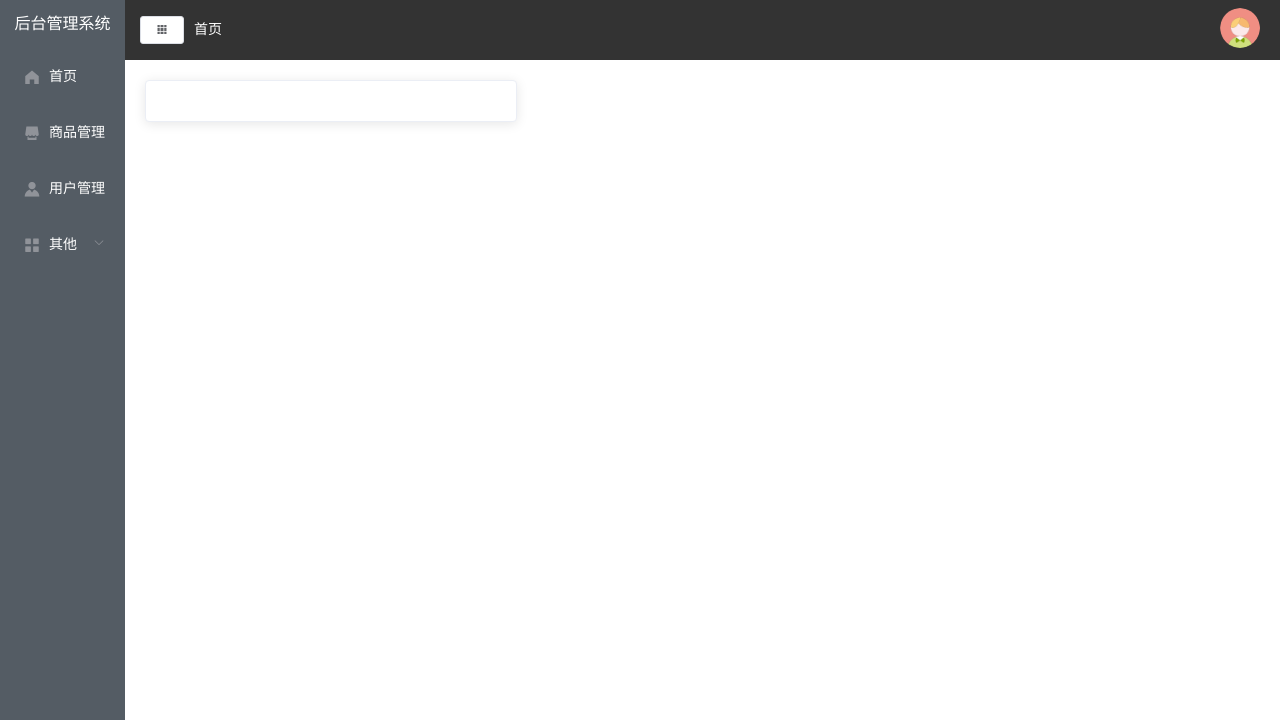
Repository: tkqi/manage
Page: /
These files come from the project's save history. The page is drawn as it stood at one moment and after the next save; the edit follows.
The browser window is 1280 px wide. The pictures show the whole page.
The project was rebuilt for these pictures with package versions that can differ from the ones it lists, and the page was loaded fresh each time. Also part of the build but not shown: vue.config.js.

Above is the page before, as saved 2023-12-03 15:30:07.

After the next save:
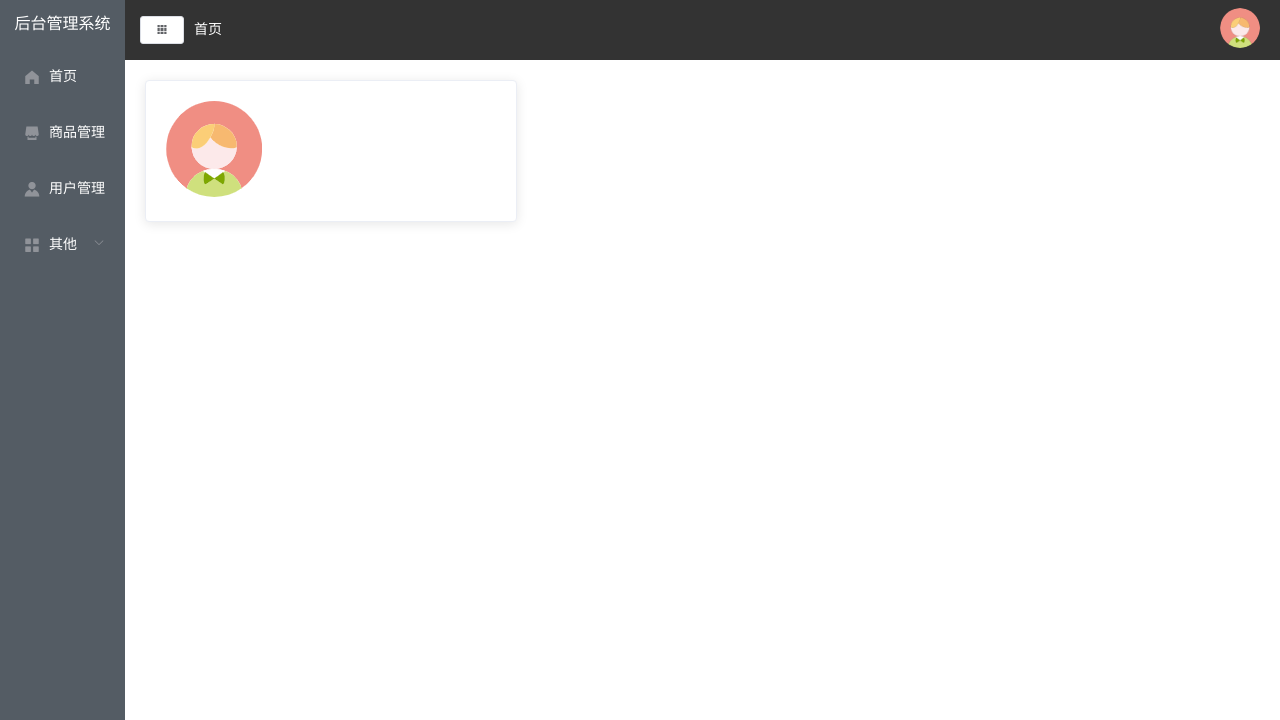
Saved 46 s later.
--- a/src/views/Home.vue
+++ b/src/views/Home.vue
@@ -4,7 +4,9 @@
         <el-col :span="8">
             <div class="grid-content bg-purple">
                 <el-card class="box-card">
-                    <div></div>
+                    <div>
+                        <img class="img" src="../assets/img/user-default.png" alt="">
+                    </div>
                     <div></div>
                 </el-card>
             </div>
